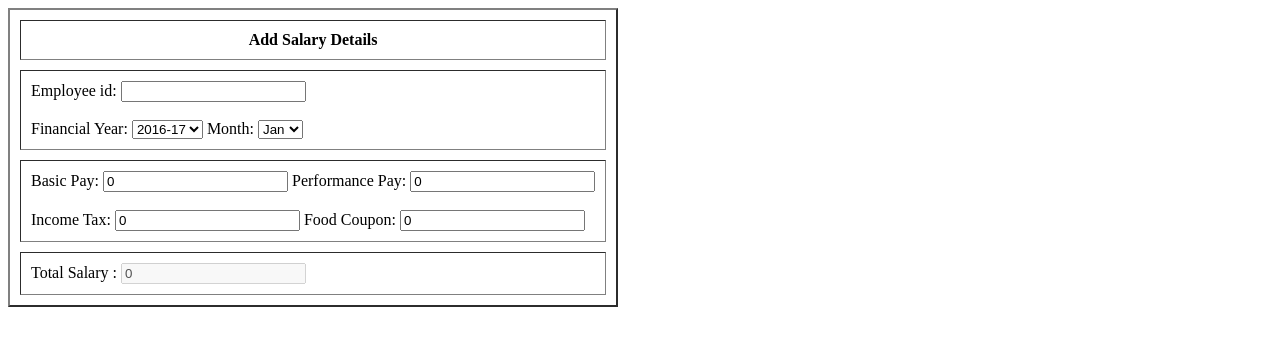
Repository: omgitsrish/MyProject
Page: http://localhost/Employee/
An editor plug-in stored every save of this project. The page is shown before and after the next save, followed by the edit.
The browser window is 1280 px wide. The pictures show the whole page.
The page is served by Tomcat 9. Other server files are loaded and not shown.

Above is the page before, as saved 2018-07-31 19:42:31.

### Test/Employee/WebContent/index.jsp
<%@ page language="java" contentType="text/html; charset=ISO-8859-1"
	pageEncoding="ISO-8859-1"%>

<html>
<head>
<meta http-equiv="Content-Type" content="text/html; charset=ISO-8859-1">
<title>Insert title here</title>
</head>
<body>

	<form action="Controller" method="get">
		<table border="2" cellspacing="10" cellpadding="10">
			<th>Add Salary Details</th>
			<tr>
				<td>Employee id: <input type="number" name="empid" /> <br>
				<br> Financial Year: <select name="fyear">
						<option>2016-17</option>
						<option>2017-18</option>
						<option>2018-19</option>
				</select> Month: <select name="fyear">
						<option>Jan</option>
						<option>Feb</option>
						<option>Mar</option>
				</select>
			</tr>

			<tr>
				<td>Basic Pay: <input type="number" name="basic" value="0" />
					Performance Pay: <input type="number" name="performance" value="0" />
					<br>
				<br> Income Tax: <input type="number" name="income" value="0" />
					Food Coupon: <input type="number" name="food" value="0" />

				</td>
			</tr>
			<tr>
				<td>Total Salary : <input type="number" name="total" value="0" disabled="disabled" /></td>
			</tr>

		</table>
	</form>

</body>
</html>

After the next save:
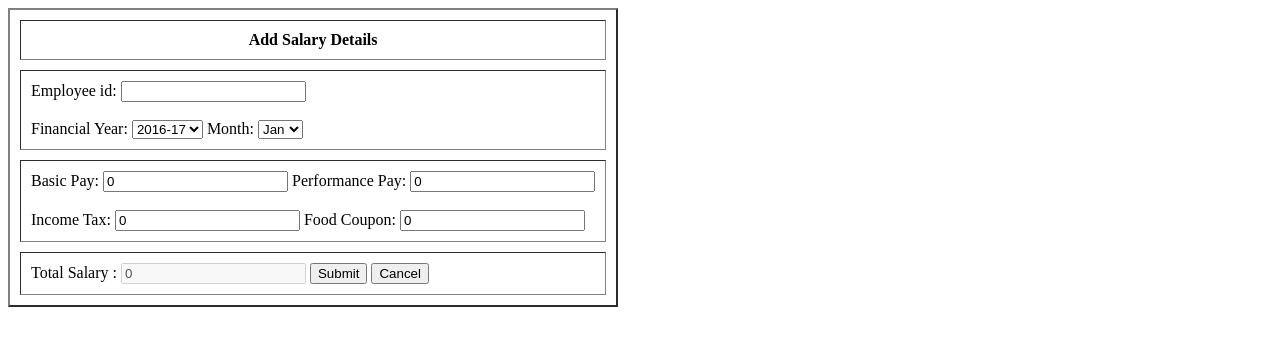
Saved 47 s later.
--- a/Test/Employee/WebContent/index.jsp
+++ b/Test/Employee/WebContent/index.jsp
@@ -34,7 +34,11 @@
 				</td>
 			</tr>
 			<tr>
-				<td>Total Salary : <input type="number" name="total" value="0" disabled="disabled" /></td>
+				<td>
+					Total Salary : <input type="number" name="total" value="0" disabled="disabled" />
+					<input type="submit" name="submit" value="Submit" />
+					<input type="reset" name="reset" value="Cancel" />
+				</td>
 			</tr>
 
 		</table>
